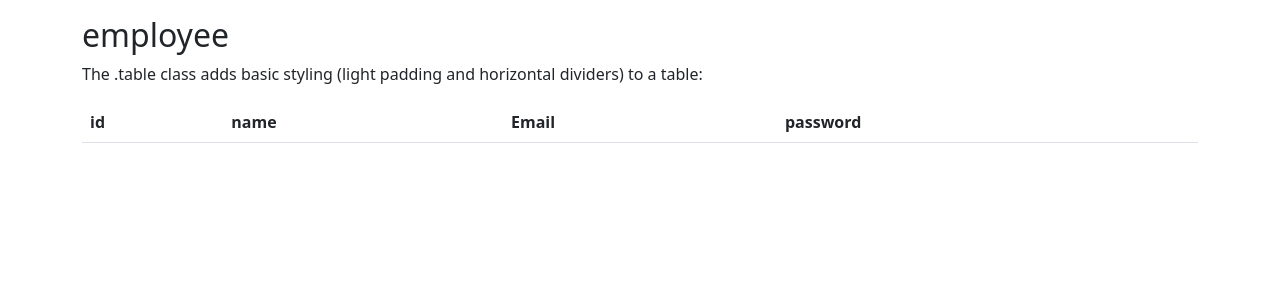
Repository: HoangLinh2001/PHP
Page: http://localhost/list_employee.php
The author's editor kept a copy of each file at every save. The page is drawn from the files as they stood at one save, then again after the next save.
The browser window is 1280 px wide. The pictures show the whole page.
The page is run by PHP 8.4 with error messages shown; the project is at /var/www/html/.

Above is the page before, as saved 2023-06-20 20:32:10.

After the next save:
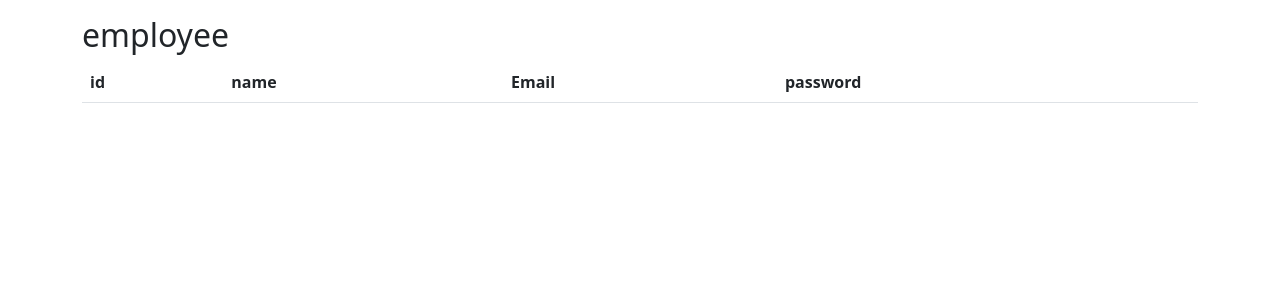
Saved 34 s later.
--- a/DEMOPHPBUOI2/list_employee.php
+++ b/DEMOPHPBUOI2/list_employee.php
@@ -11,7 +11,6 @@
 
 <div class="container mt-3">
   <h2>employee</h2>
-  <p>The .table class adds basic styling (light padding and horizontal dividers) to a table:</p>
   <table class="table">
     <thead>
       <tr>
